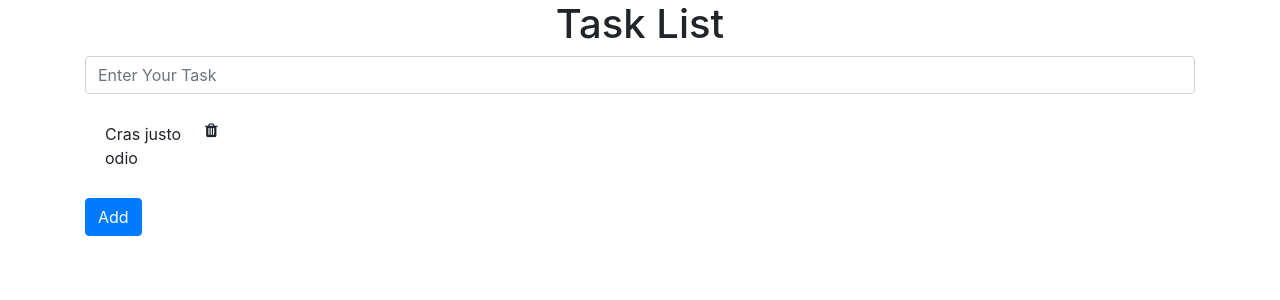
Repository: hoangphuong965/todolist
Page: index.html
The author's editor kept a copy of each file at every save. The page is drawn from the files as they stood at one save, then again after the next save.
The browser window is 1280 px wide. The pictures show the whole page.

Above is the page before, as saved 2020-09-04 14:15:53.

### index.html
<!DOCTYPE html>
<html lang="en">

<head>
     <meta charset="UTF-8">
     <meta name="viewport" content="width=device-width, initial-scale=1.0">
     <title>Document</title>
     <link rel="stylesheet" href="https://stackpath.bootstrapcdn.com/bootstrap/4.3.1/css/bootstrap.min.css"
          integrity="sha384-ggOyR0iXCbMQv3Xipma34MD+dH/1fQ784/j6cY/iJTQUOhcWr7x9JvoRxT2MZw1T" crossorigin="anonymous">
     <link rel="stylesheet" href="https://maxcdn.bootstrapcdn.com/font-awesome/4.7.0/css/font-awesome.min.css">
     <link rel="stylesheet" href="style.css">
</head>

<body>
     <div class="container">
          <h1 class="text-center">Task List</h1>
          <form class="form">
               <div class="form-group ">
                    <input type="text" class="form-control" style="outline-color: black;" placeholder="Enter Your Task">
               </div>
               <div class="list">
                    <ol class="list-group list-group-flush">
                         <li class="list-group-item tst">
                              <p>Cras justo odio</p>
                              <i class="fa fa-trash" aria-hidden="true"></i>
                         </li>
                    </ol>
               </div>
               <button type="submit" class="btn btn-primary">Add</button>
          </form>
     </div>
     <script src="app.js"></script>
</body>

</html>

### style.css
.tst {
  display: grid;
  grid-template-columns: 100px 100px;
}

### app.js
const input = document.querySelector("input");
let html = document.querySelector(".list");

const form = document.querySelector(".form");
form.addEventListener("submit", (e) => {
  e.preventDefault();
  add();
});


const add = () => {
  let ul = `
          <ol class="list-group list-group-flush">
               <li class="list-group-item">${input.value}</li>

          </ol>
     `;
  input.value = "";
  html.innerHTML += ul;
};

After the next save:
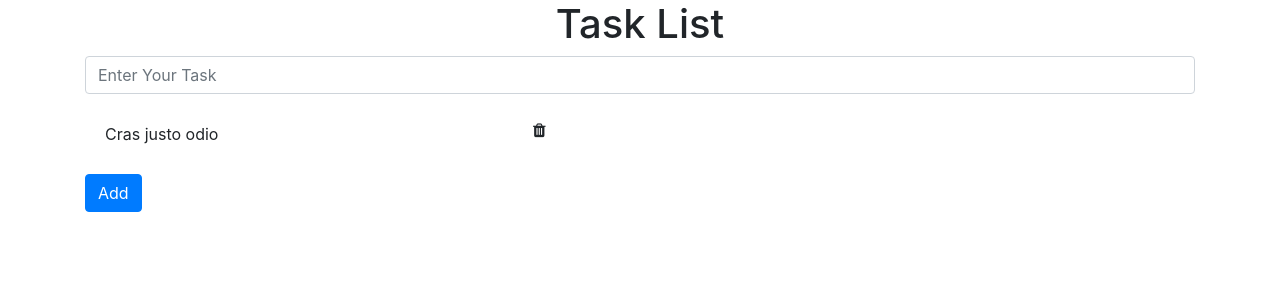
Saved 7 s later.
--- a/style.css
+++ b/style.css
@@ -1,4 +1,4 @@
 .tst {
   display: grid;
-  grid-template-columns: 100px 100px;
+  grid-template-columns: auto auto auto;
 }
